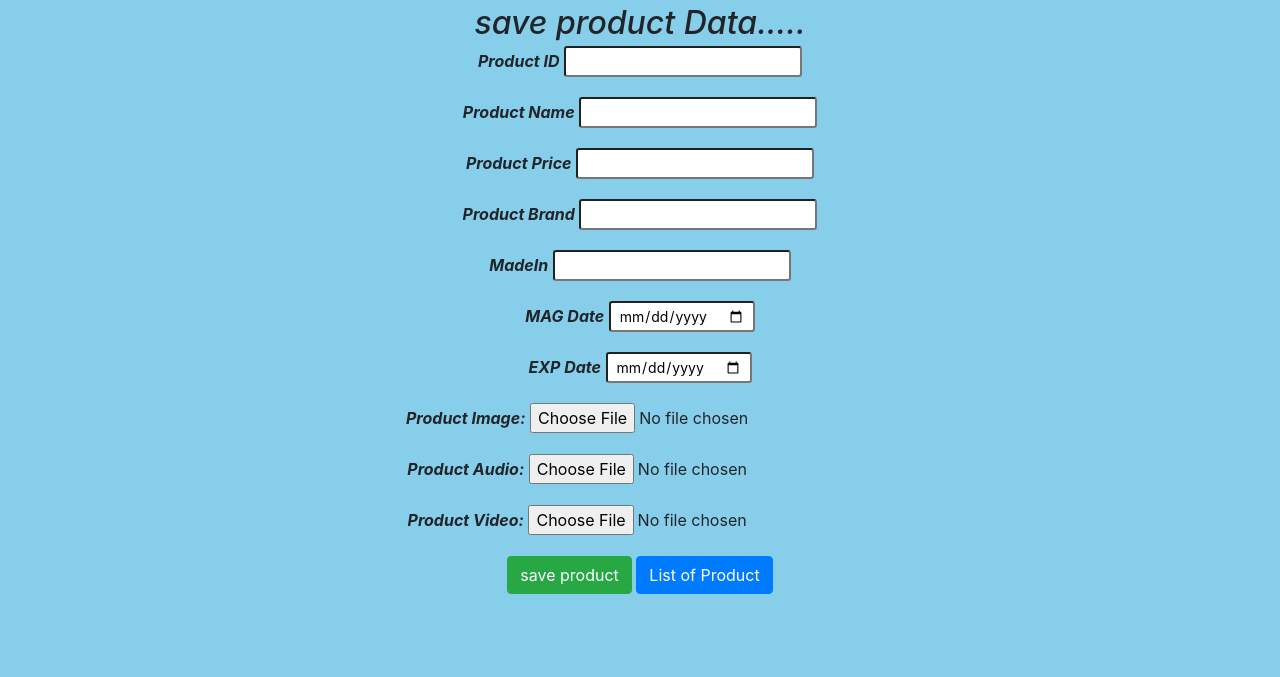
Repository: jrajesh111/Adv-java
Page: ProductAppproject/src/main/webapp/add-product.html
These files come from the project's save history. The page is drawn as it stood at one moment and after the next save; the edit follows.
The browser window is 1280 px wide. The pictures show the whole page.

Above is the page before, as saved 2024-03-10 13:38:41.

After the next save:
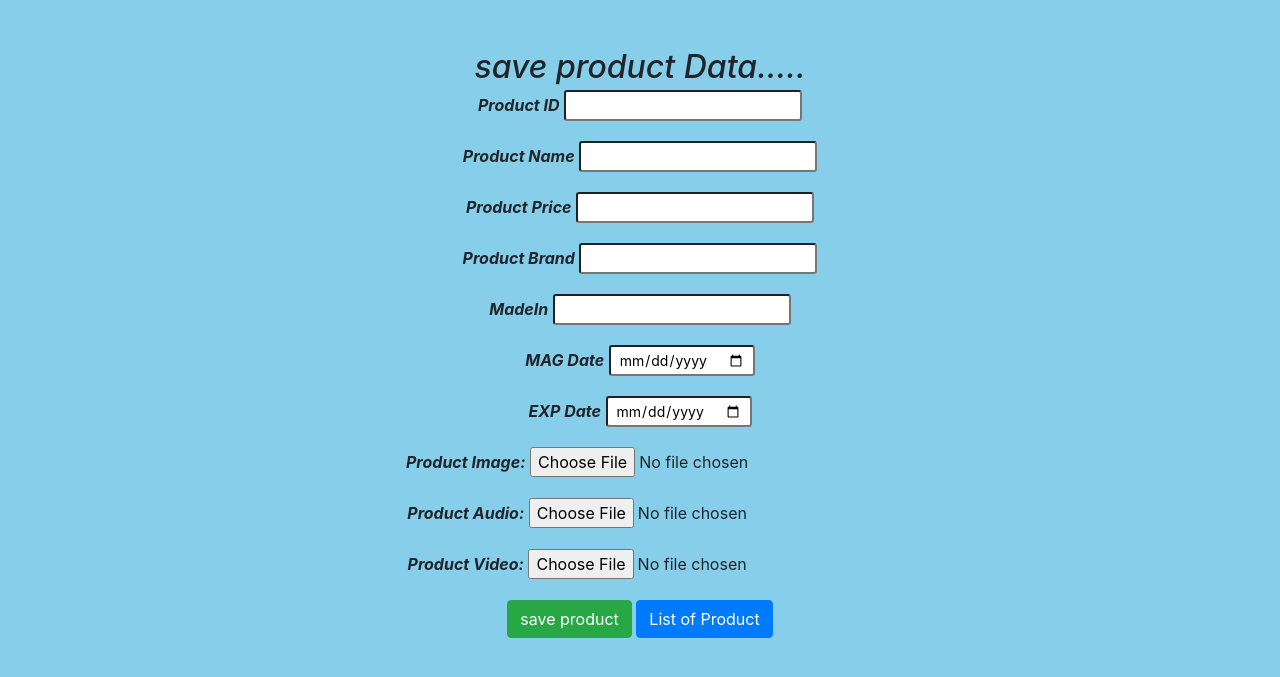
Saved 13 s later.
--- a/ProductAppproject/src/main/webapp/add-product.html
+++ b/ProductAppproject/src/main/webapp/add-product.html
@@ -13,7 +13,7 @@
 </head>
 <body style="background-color: skyblue;">
 
-	<div class="container mt-1 text-center">
+	<div class="container mt-5 text-center">
 		<h2 class="text-center font-italic mb-1">save product Data.....</h2>
 
 		<form method="post" action="./AddProductServlet" enctype="multipart/form-data" onsubmit="return validateForm()">
